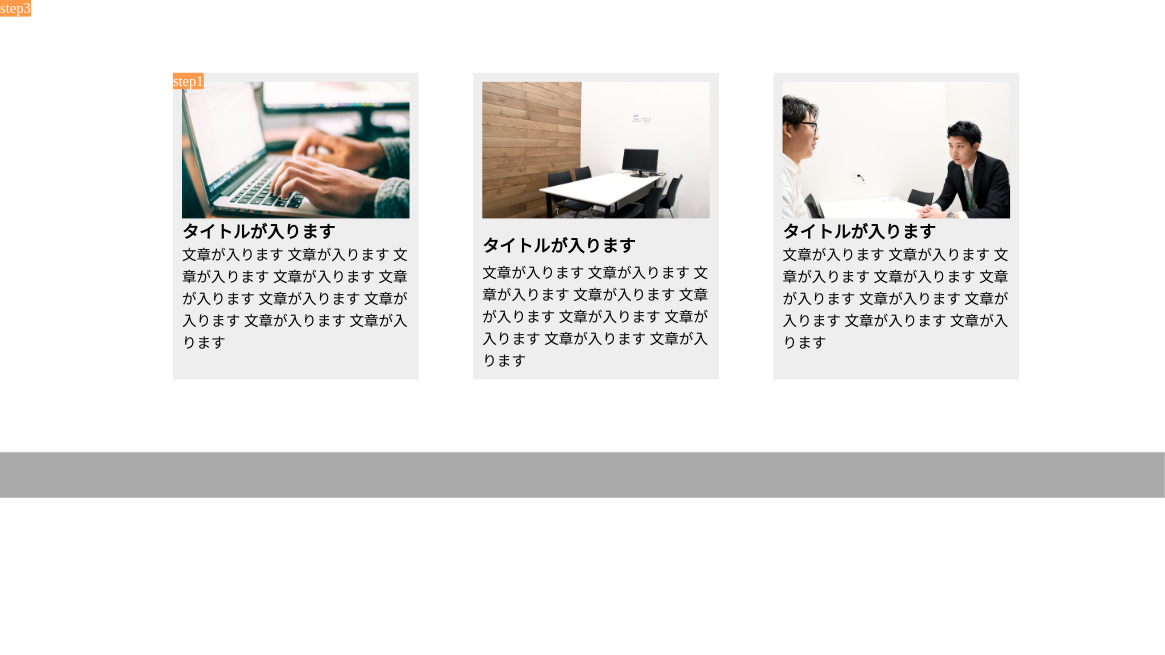
Repository: shizuki-okuma/dmm-webcamp
Page: chapter9_exercise/chapter9_exercise.html
The author's editor kept a record of every edit. The page is drawn from the files as they stood at one moment, then again after the next edit.
The browser window is 1280 px wide. The pictures show the whole page, at 91% of full size.

Above is the page before.

### chapter9_exercise/chapter9_exercise.html
<!DOCTYPE html>
<html lang="ja">
  <head>
    <meta charset="UTF-8" />
    <!-- CSSファイルの読み込み -->
    <link rel="stylesheet" href="style9.css" />
    <title>chapter9_exercise</title>
  </head>

  <body>
    <head>

    </head>
    <div class="main-visual">
      <div class="main-box1">
        <span class="icon">step1</span>
        <div class="image1"></div>
        <h3>タイトルが入ります</h3>
        <p>文章が入ります 文章が入ります 文章が入ります 文章が入ります 文章が入ります 文章が入ります 文章が入ります 文章が入ります 文章が入ります</p>
      </div>

      <div class="main-box2">
        <span class="icon">step2</span>
        <div class="image2"></div>
        <h3 class="heading">タイトルが入ります</h3>
        <p>文章が入ります 文章が入ります 文章が入ります 文章が入ります 文章が入ります 文章が入ります 文章が入ります 文章が入ります 文章が入ります</p>
      </div>

      <div class="main-box3">
        <span class="icon">step3</span>
        <div class="image3"></div>
        <h3>タイトルが入ります</h3>
        <p>文章が入ります 文章が入ります 文章が入ります 文章が入ります 文章が入ります 文章が入ります 文章が入ります 文章が入ります 文章が入ります</p>
      </div>
    </div>
    <footer>

    </footer>

  </body>
</html>

### chapter9_exercise/style9.css
* {
  margin: 0;
  padding: 0;
  box-sizing: border-box;
}

.header {
  background-color: #FF9A4B;
  height: 50px;
}
.main-visual {
  width: 960px;
  display: flex;
  margin: 50px auto;
}

.main-box1:last-child,
.main-box2:last-child,
.main-box3:last-child {
  margin-right: 0;
}
.icon {
  position: absolute;
  top: 0;
  left: 0;
  background-color: #FF9A4B;
  color: white;
}
.heading {
  margin-top: 15px;
  margin-bottom: 5px;
}
.main-box1 {
  width: 300px;
  background-color: #EEEEEE;
  margin: 30px;
  padding: 10px;
  position: relative;
}
.image1 {
  background-image: url(img/flow01.png);
  background-size: cover;
  background-position: center;
  height: 150px;
}
.main-box2 {
  width: 300px;
  background-color: #EEEEEE;
  margin: 30px;
  padding: 10px;
}
.image2 {
  background-image: url(img/flow02.png);
  background-size: cover;
  background-position: center;
  height: 150px;
}
.main-box3 {
  width: 300px;
  background-color: #EEEEEE;
  margin: 30px;
  padding: 10px;
}

.image3 {
  height: 150px;
  background-image: url(img/flow03.png);
  background-size: cover;
  background-position: center;

}
footer {
  background-color: #AAAAAA;
  height: 50px;
}

### chapter9_exercise/style.css
* {
  margin: 0;
  padding: 0;
  box-sizing: border-box;
}

header {
  background-color: #FF9a4b;
  height: 50px;
}
.main {
  width: 960px;
  display: flex;
  margin: 50px auto;
}
.step-box {
  width: 300px;
  margin-left: 30px;
  padding: 10px;
  position: relative;
  background-color: #eee;
}
.step-box:last-child {
  margin-right: 0;
}
.step-img1 {
  height: 150px;
  background-image: url(img/flow01.png);
  background-position: bottom;
  background-size: cover;
}
.step-img2 {
  height: 150px;
  background-image: url(img/flow02.png);
  background-position: bottom;
  background-size: cover;
}
.heading {
  margin-top: 15px;
  margin-bottom: 5px;
}
.main-box1 {
  width: 300px;
  background-color: #EEEEEE;
  margin: 30px;
  padding: 10px;
  position: relative;
}
.image1 {
  background-image: url(img/flow01.png);
  background-size: cover;
  background-position: center;
  height: 150px;
}
.main-box2 {
  width: 300px;
  background-color: #EEEEEE;
  margin: 30px;
  padding: 10px;
}
.image2 {
  background-image: url(img/flow02.png);
  background-size: cover;
  background-position: center;
  height: 150px;
}
.main-box3 {
  width: 300px;
  background-color: #EEEEEE;
  margin: 30px;
  padding: 10px;
}

.image3 {
  height: 150px;
  background-image: url(img/flow03.png);
  background-size: cover;
  background-position: center;

}
footer {
  background-color: #AAAAAA;
  height: 50px;
}

After the next edit:
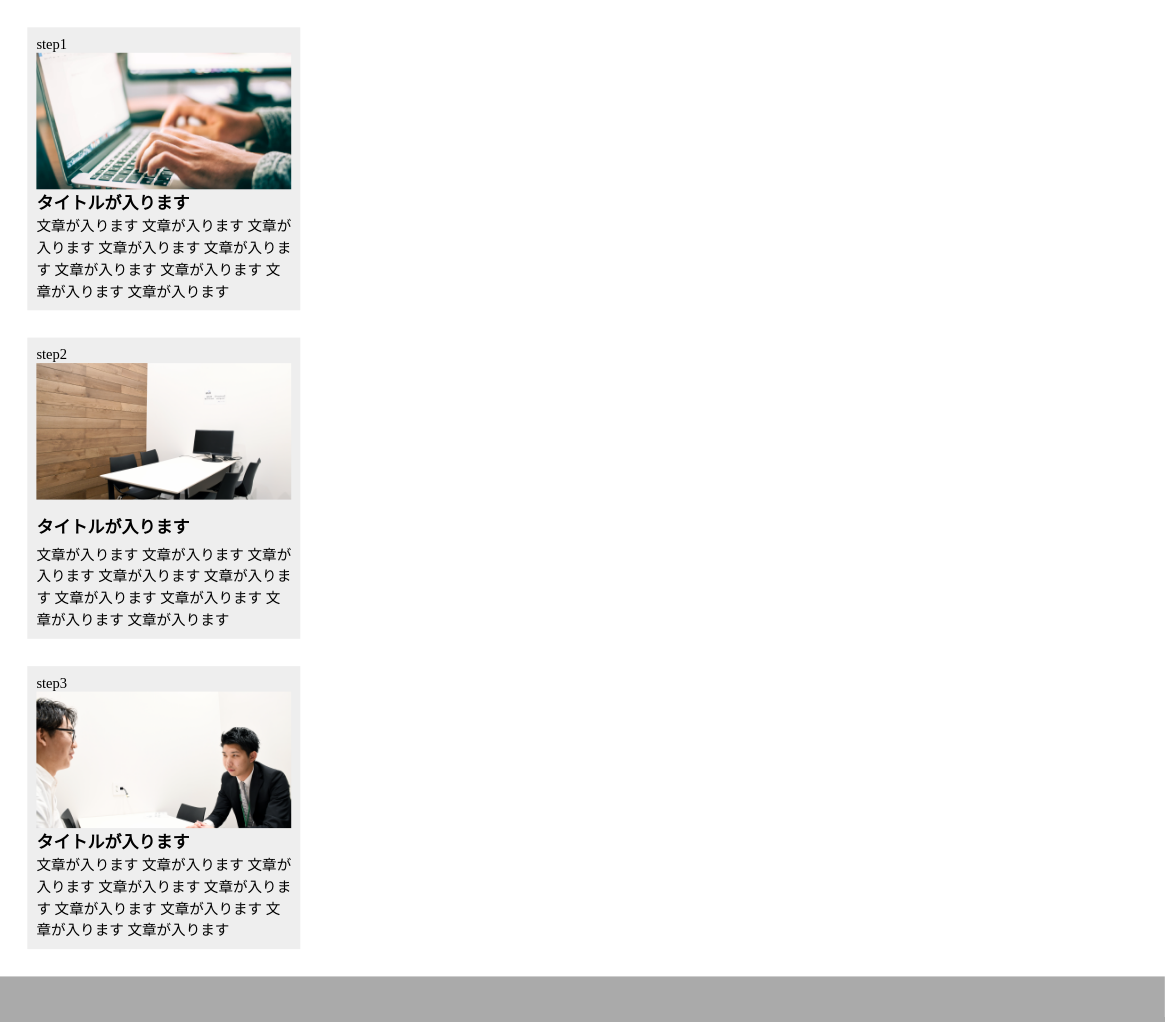
The edit:
--- a/chapter9_exercise/chapter9_exercise.html
+++ b/chapter9_exercise/chapter9_exercise.html
@@ -3,7 +3,7 @@
   <head>
     <meta charset="UTF-8" />
     <!-- CSSファイルの読み込み -->
-    <link rel="stylesheet" href="style9.css" />
+    <link rel="stylesheet" href="style.css" />
     <title>chapter9_exercise</title>
   </head>
 
